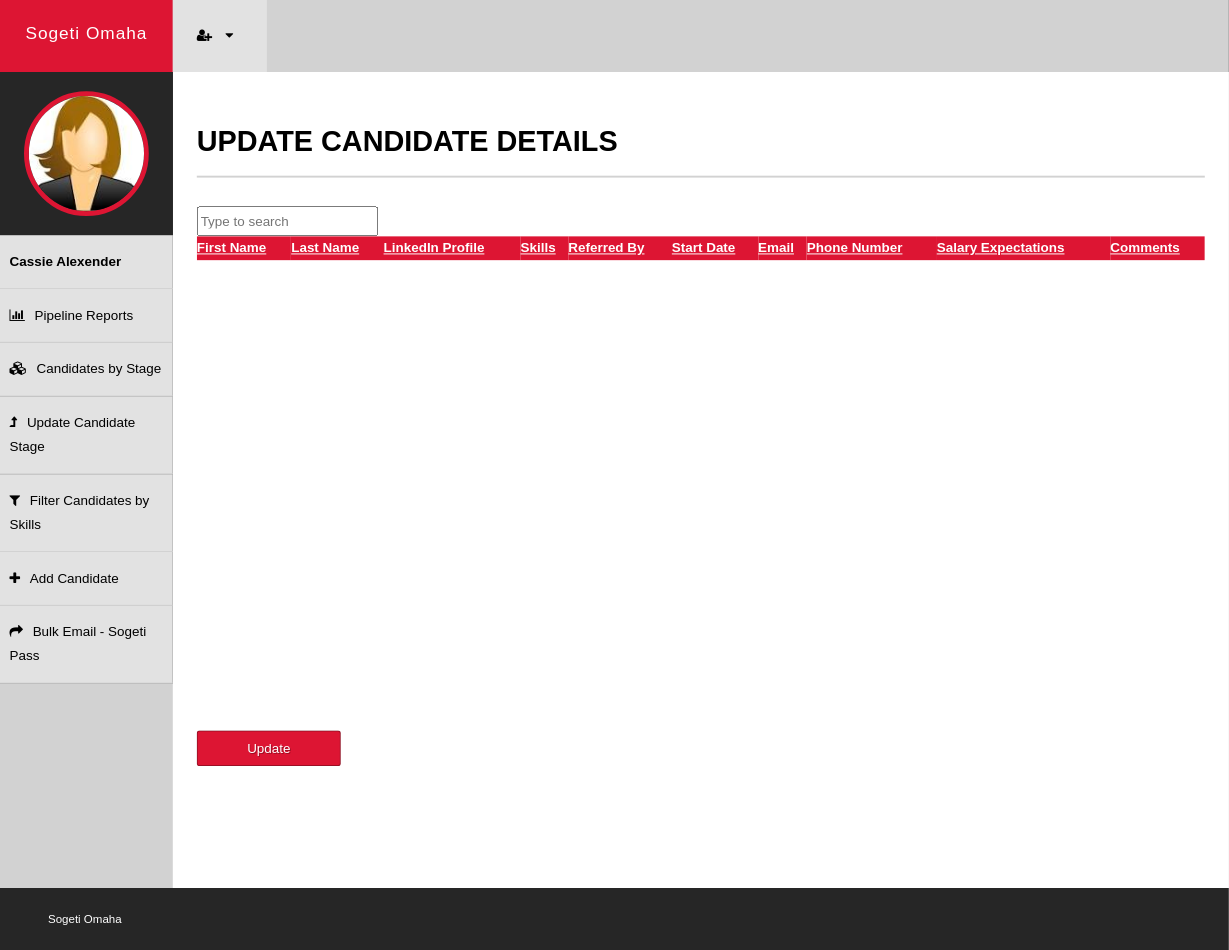
Repository: prasanana/Omaha-Sogeti-Recruiting
Page: http://localhost/Omaha_Sogeti_Recruitment/ModifyCandidateDetails.jsp
The author's editor kept a copy of each file at every save. The page is drawn from the files as they stood at one save, then again after the next save.
The browser window is 1280 px wide. The pictures show the whole page, at 96% of full size.
Some web fonts or font styles are not loaded; a fallback is used. The page is served by Tomcat 9. Other server files are loaded and not shown.

Above is the page before, as saved 2015-03-26 16:55:52.

### OmahaSogetiRecruitingWS/Omaha_Sogeti_Recruitment/WebContent/ModifyCandidateDetails.jsp
<%@ taglib uri="http://java.sun.com/jsp/jstl/core" prefix="c" %>
<%@ taglib uri="http://java.sun.com/jsp/jstl/fmt" prefix="fmt" %>
<%@ taglib prefix="fn" uri="http://java.sun.com/jsp/jstl/functions" %>
<%@ page language="java" contentType="text/html; charset=ISO-8859-1"
    pageEncoding="ISO-8859-1"%>
<!DOCTYPE html>
<html xmlns="http://www.w3.org/1999/xhtml">
<head>
<meta http-equiv="Content-Type" content="text/html; charset=ISO-8859-1">
<title>Update Candidate Details</title>
<link href="${pageContext.request.contextPath}/stylesheets/bootstrap.css" rel="stylesheet" >
<link href="${pageContext.request.contextPath}/stylesheets/font-awesome.css" rel="stylesheet">
<link href="${pageContext.request.contextPath}/stylesheets/style.css" rel="stylesheet"/>
<link href="${pageContext.request.contextPath}/stylesheets/ModifyCandidateDetails.css" rel="stylesheet"/>
</head>
<body onload = "fnOnload()">
<div id="wrapper">
        <nav class="navbar navbar-default navbar-cls-top " role="navigation" style="margin-bottom: 0">
            <div class="navbar-header">
                <a  class="navbar-brand" href="#">Sogeti Omaha
                </a>
            </div>

            <div class="notifications-wrapper">
<ul class="nav">

                <li class="dropdown">
                    <a class="dropdown-toggle" data-toggle="dropdown" href="#">
                        <i class="fa fa-user-plus"></i>  <i class="fa fa-caret-down"></i>
                    </a>
                    <ul class="dropdown-menu dropdown-user">
                        <li><a href="#"><i class="fa fa-user-plus"></i> My Profile</a>
                        </li>
                        <li class="divider"></li>
                        <li><a href="#"><i class="fa fa-sign-out"></i> Logout</a>
                        </li>
                    </ul>
                </li>
            </ul>
            </div>
        </nav>
        <!-- /. NAV TOP  -->
        <nav  class="navbar-default navbar-side" role="navigation">
            <div class="sidebar-collapse">
                <ul class="nav" id="main-menu">
                    <li>
                        <div class="user-img-div">
                            <img src="${pageContext.request.contextPath}/images/user.jpg" class="img-circle" />


                        </div>

                    </li>
                     <li>
                        <a  href="#"> <strong> Cassie Alexender </strong></a>
                    </li>

                   <li>
                        <a   href="https://public.tableausoftware.com/profile/prasanna7470#!/vizhome/SalesMeetingRecruitingPipelineworkbook/SalesMeetingRecruitingPipeline" target="_blank">
                        <i class="fa fa-bar-chart "></i>Pipeline Reports</a>
                    </li>
                    <li>
                        <a href="${pageContext.request.contextPath}/CandidateByStage"><i class="fa fa-cubes "></i>Candidates by Stage</a>

                    </li>

                    <li>
                        <a href="${pageContext.request.contextPath}/UpdateCandidateStage"><i class="fa fa-level-up "></i>Update Candidate Stage </a>

                    </li>


                     <li>
                        <a href="${pageContext.request.contextPath}/FilterCandidates"><i class="fa fa-filter "></i>Filter Candidates by Skills</a>
                    </li>

                    <li>
                        <a href="${pageContext.request.contextPath}/AddCandidate"><i class="fa fa-plus "></i>Add Candidate</a>
                    </li>

                    <li>
                        <a href="${pageContext.request.contextPath}/SendEmail"><i class="fa fa-share "></i>Bulk Email - Sogeti Pass</a>
                    </li>

                </ul>
            </div>

        </nav>
        <!-- /. SIDEBAR MENU (navbar-side) -->
        <div id="page-wrapper" class="page-wrapper-cls">
            <div id="page-inner">

			<div class="row">
                    <div class="col-md-12">
                        <h1 class="page-head-line">Update Candidate Details </h1>
                    </div>
                </div>
                <form name = "modifyCandidateDetailsForm" class="modifyCandidateDetailsForm" action="" method="post">
				<input type="text" id="modifyCandidateDetailsSearch" placeholder="Type to search">
				<div class="modifyCandidateDetailsTableDiv">
				<table id="modifyCandidateDetailsTable">
				<thead>
				    <tr>
				      <th>First Name</th>
				      <th>Last Name</th>
				      <th>LinkedIn Profile</th>
				      <th>Skills</th>
				      <th>Referred By</th>
				      <th>Start Date</th>
				      <th>Email</th>
				      <th>Phone Number</th>
				      <th>Salary Expectations</th>
				      <th>Comments</th>
				    </tr>
				</thead>

				<tbody>
				<c:forEach var="candidateDetails" items="${candidateDetails}">
				<c:set var="candidateDetailseParts" value="${fn:split(candidateDetails, '|')}" />
				<tr class = "modifyCandidateDetailsData">
				<td><input type = "text" name = "modifyFirstName" id = "modifyFirstName" value = "${candidateDetailseParts[0]}"/></td>
      			<td><input type = "text" name = "modifyLastName" id = "modifyLastName" value = "${candidateDetailseParts[0]}"/></td>
      			<td><input type = "text" name = "modifyLinkedIn" id = "modifyLinkedIn" value = "${candidateDetailseParts[0]}"/></td>
      			<td><input type = "text" name = "modifySkills" id = "modifySkills" value = "${candidateDetailseParts[0]}"/></td>
      			<td><input type = "text" name = "modifyReferredBy" id = "modifyReferredBy" value = "${candidateDetailseParts[0]}"/></td>
      			<td><input type = "text" name = "modifyFirstName" id = "modifyFirstName" value = "${candidateDetailseParts[0]}"/></td>
      			<td><input type = "text" name = "modifyFirstName" id = "modifyFirstName" value = "${candidateDetailseParts[0]}"/></td>
      			<td><input type = "text" name = "modifyFirstName" id = "modifyFirstName" value = "${candidateDetailseParts[0]}"/></td>
      			<td><input type = "text" name = "modifyFirstName" id = "modifyFirstName" value = "${candidateDetailseParts[0]}"/></td>
      			<td><textarea rows="4" cols="4" name = "modifyComments" id = "modifyComments"></textarea></td>
				</tr>
				</c:forEach>
				</tbody>

				</table>
				</div>
				<input type = "submit" value = "Update" />
				<input type = "hidden" id = "updatedComments" name = "updatedComments" value="nothing" />
				<input type = "hidden" id = "updatedStages" name = "updatedStages" value="nothing" />
				</form>

            </div>
            <!-- /. PAGE INNER  -->
        </div>
        <!-- /. PAGE WRAPPER  -->
    </div>
    <!-- /. WRAPPER  -->
    <footer >
        Sogeti Omaha
    </footer>
    <!-- /. FOOTER  -->
    <!-- SCRIPTS -AT THE BOTOM TO REDUCE THE LOAD TIME-->
<script src="${pageContext.request.contextPath}/javascript/jquery-2.1.3.min.js"></script>
<script src="${pageContext.request.contextPath}/javascript/bootstrap.js"></script>
<script src="${pageContext.request.contextPath}/javascript/jquery.metisMenu.js"></script>
<script src="${pageContext.request.contextPath}/javascript/custom.js"></script>
<script src="${pageContext.request.contextPath}/javascript/ModifyCandidateDetails.js"></script>
</body>
</html>

### OmahaSogetiRecruitingWS/Omaha_Sogeti_Recruitment/WebContent/stylesheets/style.css

/*=============================================================
    Authour URL: www.designbootstrap.com

    http://www.designbootstrap.com/

    License: MIT

    http://opensource.org/licenses/MIT

    100% Free To use For Personal And Commercial Use.

    IN EXCHANGE JUST TELL PEOPLE ABOUT THIS WEBSITE

========================================================  */



/*==============================================
    GENERAL  STYLES
 =============================================*/

@import url(http://fonts.googleapis.com/css?family=Raleway);

body {
   font-family: 'Raleway', sans-serif;
    line-height:25px;
    font-size:14px;
}

#wrapper {
    width: 100%;
    background: #d2d2d2;
}

#page-wrapper {
    padding: 15px 15px;
    min-height: 800px;
    background: #fff;
}

#page-inner {
    width: 100%;
    margin: 10px 20px 10px 0px;
    background-color: #fff!important;
    padding: 10px;
    min-height: 800px;
}

.page-head-line {
    font-size: 30px;
    text-transform: uppercase;
    color: #000;
    font-weight: 800;
    padding-bottom: 20px;
    border-bottom: 2px solid #d2d2d2;
    margin-bottom: 30px;
}

.btn {
    border-radius:0px!important;
    -moz-border-radius:0px!important;
    -webkit-border-radius:0px!important;
}

.progress {
    height: 5px;
}
.nav-pills > li.active > a, .nav-pills > li.active > a:hover, .nav-pills > li.active > a:focus {
    color: #A3A3A3!important;
}


/*==============================================
    MENU STYLES
 =============================================*/


.navbar-cls-top .navbar-brand {
    color: #fff;
    background: #DD1533;
    width: 180px;
    text-align: center;
    height: 75px;
    font-size: 18px;
    letter-spacing: 1px;
    padding-top: 25px;
}
.navbar-cls-top .navbar-brand:hover {
    background: #DD1533;
    color: #fff;
}
.header-right {
    color: #fff;
    padding: 15px 50px 5px 50px;
    float: right;
    font-size: 16px;
}
.user-img-div {
    min-height: 130px;
    padding: 20px;
    background-color: #262626;
    text-align:center;
}

    .user-img-div img {
        height: 130px;
        border: 5px solid #DD1533;
    }


.active-menu {
    background-color: #fff!important;
    border-left: 5px solid #DD1533;
}
.active-menu-top {
    background-color: #000!important;
}

.arrow {
    float: right;
}

.fa.arrow:before {
    content: "\f104";
}

.active > a > .fa.arrow:before {
    content: "\f107";
}


.nav-second-level li,
.nav-third-level li {
    border-bottom: none !important;
}

    .nav-second-level li a {
        padding-left: 37px;
    }

    .nav-third-level li a {
        padding-left: 55px;
    }

.sidebar-collapse, .sidebar-collapse .nav {
    background: none;
}

    .sidebar-collapse .nav {
        padding: 0;
    }

        .sidebar-collapse .nav > li > a {
           color: #000;
background: #E2E2E2;
text-shadow: none;
border-bottom: 1px solid #D2D2D2;
        }

    .sidebar-collapse > .nav > li > a {
        padding: 15px 10px;
    }

    .sidebar-collapse .nav > li > a:hover,
    .sidebar-collapse .nav > li > a:focus {
        background: #D2D2D2;
        outline: 0;
    }



.nav-second-level > li:last-child > a:after,
.nav-third-level > li:last-child > a:after {
    height: 50%;
}

.nav-third-level > li > a:after,
.nav-third-level > li > a:before {
    left: 40px;
}

.navbar-side {
    border: none;
    background-color: #202020;
}

.navbar-cls-top {
    background: #262626;
    border-bottom: none;
}


.navbar-default {
    border: 0px solid black;
}

.navbar-header {
    background: #000000;
}

.navbar-default .navbar-toggle:hover, .navbar-default .navbar-toggle:focus {
    background-color: #DD1533;
}

.navbar-default .navbar-toggle {
    border-color: #fff;
}

    .navbar-default .navbar-toggle .icon-bar {
        background-color: #FFF;

    }

.nav > li > a > i {
    margin-right: 10px;
}

/*==============================================
    NOTIFICATION  STYLES
 =============================================*/
.notifications-wrapper {
margin-left:3px;
}

.notifications-wrapper .nav {
    background-color: #D2d2d2;
}
.notifications-wrapper li {
display: inline-block;
}


.notifications-wrapper li a {
padding: 25px;
min-height: 50px;
}



.notifications-wrapper .dropdown-tasks {
width: 250px;
min-width: 0;
}


.notifications-wrapper .dropdown-menu li {
display: block;
}

.notifications-wrapper .dropdown-menu li a {
padding: 3px 20px;
min-height: 0;
}
.notifications-wrapper .nav > li > a {
    background-color: #E2E2E2;
    color:#000;
}
.notifications-wrapper .nav > li > a:hover, .nav > li > a:focus {
text-decoration: none;
background-color: #FFF!important;
    color:#DD1533;

}
.notifications-wrapper .dropdown-menu {
    margin:0px;
     border-radius:0px!important;
    -moz-border-radius:0px!important;
    -webkit-border-radius:0px!important;
}

/*==============================================
    FOOTER  STYLES
 =============================================*/
footer {
    background-color:#262626;
    padding:20px 50px;
    color:#fff;
    font-size:12px;
}

    footer a {
        color:#fff;
    }
   footer a:hover, footer a:focus {
        color:#fff;
        text-decoration:none;
    }

/*===============================================================================================
    DASHBOARD STYLES
 ===============================================================================================*/

.style-box-one {
    text-align: center;
    padding: 20px;
     margin-bottom: 40px;
    border-left: 10px solid #262626;
}

    .style-box-one a, .style-box-one a:hover {
        color: #fff;
        text-decoration: none;
    }

    .style-box-one span {
        font-size: 50px;
        padding-bottom: 10px;
    }

.Style-one-clr-one {
    background-color: #d96614;
}

.Style-one-clr-two {
    background-color: #2bbeb5;
}

.Style-one-clr-three {
    background-color: #e83dab;
}

.Style-one-clr-four {
    background-color: #adab36;
}

.current-notices ul {
    padding-left:20px;
    list-style:decimal-leading-zero;
    line-height:30px;
}

/*==============================================
    MEDIA QUERIES
  =============================================*/

@media (min-width:768px) {
    .page-wrapper-cls {
        margin: 0 0 0 180px;
    }


    .navbar-side {
        z-index: 1;
        position: absolute;
        width: 180px;
    }

    .navbar {
        border-radius: 0px;
    }
}
@media (min-width:280px) and (max-width:767px ){
    #menuClose {
        visibility:hidden;
    }
}

### OmahaSogetiRecruitingWS/Omaha_Sogeti_Recruitment/WebContent/stylesheets/ModifyCandidateDetails.css
table {
  background-color: white;
  width: 100%;
}

.modifyCandidateDetailsTableDiv {
	height:500px;
	overflow-y:scroll;
	}

tbody td {
  background-color: white;
}
thead th{
  background-color: #dd1533;
}

.modifyCandidateDetailsForm input[type=submit] {
    border: 1px solid rgba(0, 0, 0, 0.3);
    background: #dd1533; /* Old browsers */
    background: -moz-linear-gradient(top,  #dd1533 0%, #dd1533 100%); /* FF3.6+ */
    background: -webkit-gradient(linear, left top, left bottombottom, color-stop(0%,#dd1533), color-stop(100%,#dd1533)); /* Chrome,Safari4+ */
    background: -webkit-linear-gradient(top,  #dd1533 0%,#dd1533 100%); /* Chrome10+,Safari5.1+ */
    background: -o-linear-gradient(top,  #dd1533 0%,#dd1533 100%); /* Opera 11.10+ */
    background: -ms-linear-gradient(top,  #dd1533 0%,#dd1533 100%); /* IE10+ */
    background: linear-gradient(to bottombottom,  #dd1533 0%,#dd1533 100%); /* W3C */
    filter: progid:DXImageTransform.Microsoft.gradient( startColorstr='#dd1533', endColorstr='#dd1533',GradientType=0 ); /* IE6-9 */
    color: #fff;
    padding: 5px 15px;
    margin-right: 0;
    margin-top: 15px;
    border-radius: 3px;
    text-shadow: 1px 1px 0px rgba(0, 0, 0, 0.3);
    width:150px;
}

th.sortable {
    color: white;
    cursor: pointer;
    text-decoration: underline;
}

### OmahaSogetiRecruitingWS/Omaha_Sogeti_Recruitment/WebContent/javascript/custom.js
/*=============================================================
    Authour URL: www.designbootstrap.com

    http://www.designbootstrap.com/

    License: MIT

    http://opensource.org/licenses/MIT

    100% Free To use For Personal And Commercial Use.

    IN EXCHANGE JUST TELL PEOPLE ABOUT THIS WEBSITE

========================================================  */

$(document).ready(function () {

    /*====================================
           METIS MENU
     ======================================*/

    $('#main-menu').metisMenu();

    /*======================================
    LOAD APPROPRIATE MENU BAR ON SIZE SCREEN
    ========================================*/

    $(window).bind("load resize", function () {
        if ($(this).width() < 768) {
            $('div.sidebar-collapse').addClass('collapse')
        } else {
            $('div.sidebar-collapse').removeClass('collapse')
        }
    });
    /*======================================
   WRITE YOUR SCRIPTS BELOW
   ========================================*/



});

### OmahaSogetiRecruitingWS/Omaha_Sogeti_Recruitment/WebContent/javascript/ModifyCandidateDetails.js
function fnOnload(){
	//zebraRows('tbody tr:odd td', 'odd');
	sortRows();
	searchRows();
}
function zebraRows(selector, className)
{
  $(selector).removeClass(className).addClass(className);
}
function sortRows(){
	//grab all header rows
	$('thead th').each(function(column) {
	  $(this).addClass('sortable').click(function(){
	    var findSortKey = function($cell) {
	      return $cell.find('.sort-key').text().toUpperCase() + ' ' + $cell.text().toUpperCase();
	    };
	    var sortDirection = $(this).is('.sorted-asc') ? -1 : 1;

	    //step back up the tree and get the rows with data
	    //for sorting
	    var $rows = $(this).parent().parent().parent().find('tbody tr').get();

	    //loop through all the rows and find
	    $.each($rows, function(index, row) {
	      row.sortKey = findSortKey($(row).children('td').eq(column));
	    });

	    //compare and sort the rows alphabetically
	    $rows.sort(function(a, b) {
	        if (a.sortKey < b.sortKey) return -sortDirection;
	        if (a.sortKey > b.sortKey) return sortDirection;
	        return 0;
	    });

	    //add the rows in the correct order to the bottom of the table
	    $.each($rows, function(index, row) {
	        $('tbody').append(row);
	        row.sortKey = null;
	    });

	    //identify the column sort order
	    $('th').removeClass('sorted-asc sorted-desc');
	    var $sortHead = $('th').filter(':nth-child(' + (column + 1) + ')');
	    sortDirection == 1 ? $sortHead.addClass('sorted-asc') : $sortHead.addClass('sorted-desc');

	    //identify the column to be sorted by
	    $('td').removeClass('sorted')
	                .filter(':nth-child(' + (column + 1) + ')')
	                .addClass('sorted');

	    $('.visible td').removeClass('odd');
	    zebraRows('.visible:even td', 'odd');
	  });
	});
}

function searchRows(){
	var $rows = $('.UpdateStageData');
	$('#updateStageSearch').keyup(function() {
	    var val = $.trim($(this).val()).replace(/ +/g, ' ').toLowerCase();

	    $rows.show().filter(function() {
	        var text = $(this).text().replace(/\s+/g, ' ').toLowerCase();
	        return !~text.indexOf(val);
	    }).hide();
	});
}

Loaded but not shown: OmahaSogetiRecruitingWS/Omaha_Sogeti_Recruitment/WebContent/stylesheets/bootstrap.css (library); OmahaSogetiRecruitingWS/Omaha_Sogeti_Recruitment/WebContent/stylesheets/font-awesome.css (library); OmahaSogetiRecruitingWS/Omaha_Sogeti_Recruitment/WebContent/javascript/jquery-2.1.3.min.js (library); OmahaSogetiRecruitingWS/Omaha_Sogeti_Recruitment/WebContent/javascript/bootstrap.js (library); OmahaSogetiRecruitingWS/Omaha_Sogeti_Recruitment/WebContent/javascript/jquery.metisMenu.js (common file)

After the next save:
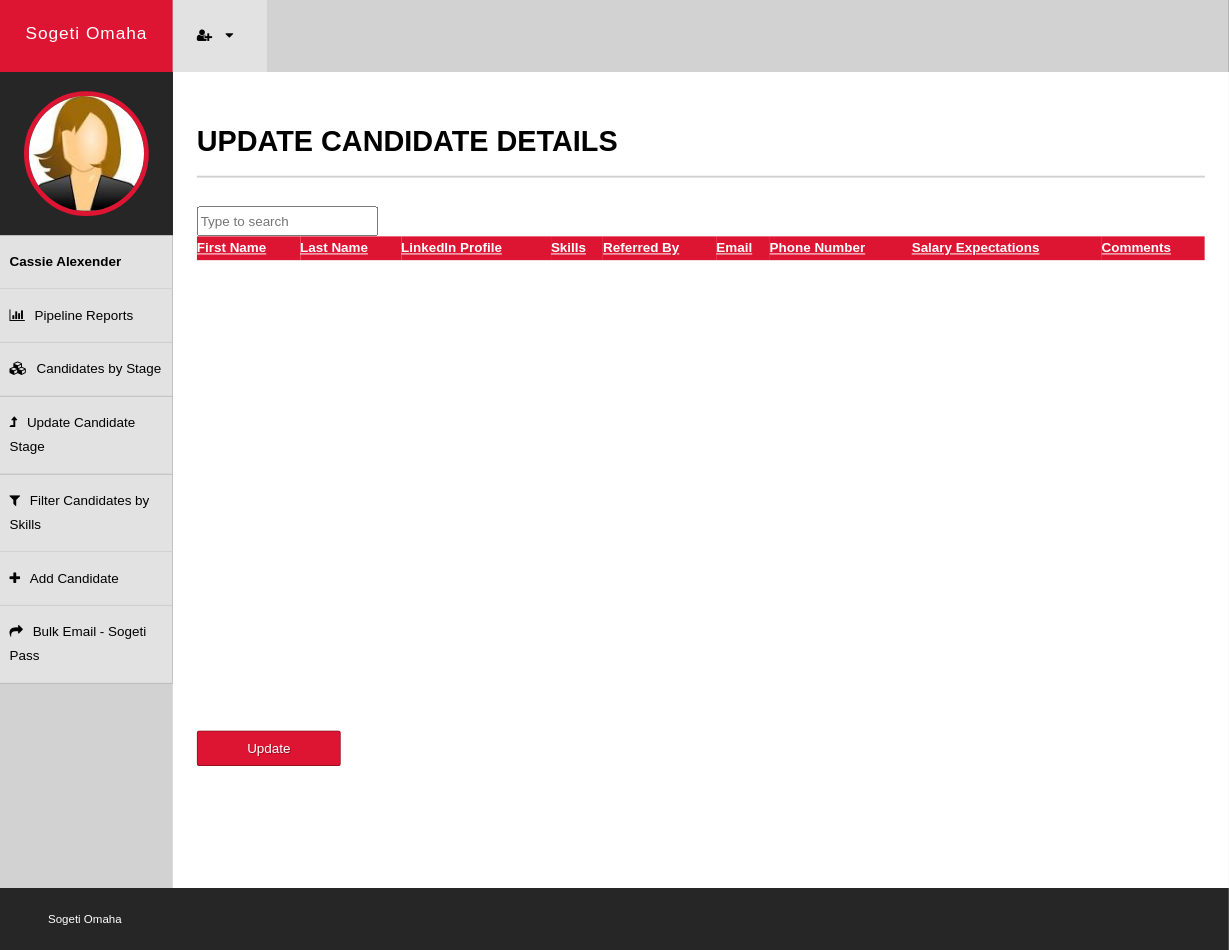
Saved 50 s later.
--- a/OmahaSogetiRecruitingWS/Omaha_Sogeti_Recruitment/WebContent/ModifyCandidateDetails.jsp
+++ b/OmahaSogetiRecruitingWS/Omaha_Sogeti_Recruitment/WebContent/ModifyCandidateDetails.jsp
@@ -106,7 +106,6 @@
 				      <th>LinkedIn Profile</th>
 				      <th>Skills</th>
 				      <th>Referred By</th>
-				      <th>Start Date</th>
 				      <th>Email</th>
 				      <th>Phone Number</th>
 				      <th>Salary Expectations</th>
